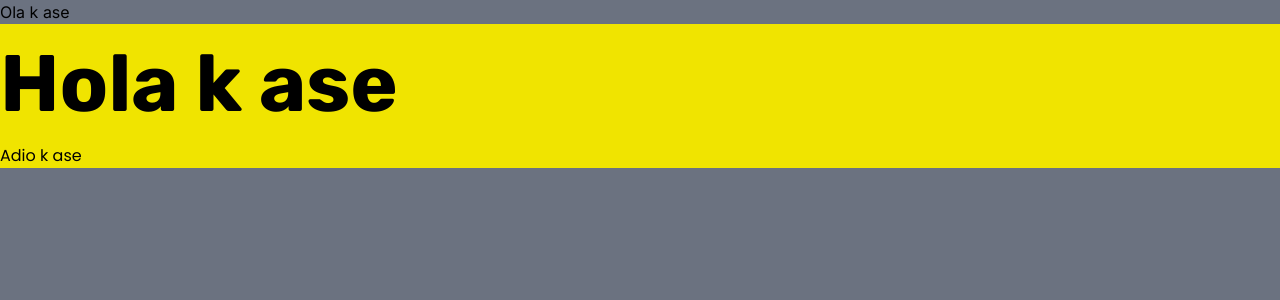
Repository: aldovelacasas/PF_RentCar2
Page: /homePage
An editor plug-in stored every save of this project. The page is shown before and after the next save, followed by the edit.
The browser window is 1280 px wide. The pictures show the whole page.
The project was rebuilt for these pictures with package versions that can differ from the ones it lists, and the page was loaded fresh each time. The framework's server and built-in components were replaced by stand-ins that run in the browser. Also part of the build but not shown: next.config.js.

Above is the page before, as saved 2023-08-29 18:46:10.

### src/app/layout.jsx
import "./globals.css";
import { Inter } from "next/font/google";

const inter = Inter({ subsets: ["latin"] });

export const metadata = {
  title: "Create Next App",
  description: "Generated by create next app",
};

export default function RootLayout({ children }) {
  return (
    <html lang="en">
      <body className={inter.className}>
        <h1>Ola k ase</h1>
        <div className="h-[calc(100vh-5rem)]">{children}</div>
      </body>
    </html>
  );
}

### src/app/homePage/page.jsx
import { Rubik, Poppins } from "next/font/google";

const rubik = Rubik({
  weight: "700",
  subsets: ["latin"],
});

const poppins = Poppins({
  weight: "400",
  subsets: ["latin"],
});

function HomePage() {
  return (
    <div className={`bg-amarillo_status ${rubik.className}`}>
      <h1 className="text-[5em]">Hola k ase</h1>
      <div>
        <p className={`${poppins.className}`}>Adio k ase</p>
      </div>
    </div>
  );
}

export default HomePage;

### src/app/api/products/[id]/route.js
import { NextResponse } from "next/server";
import {conn} from "@/libs/mysql"

export async function GET(request,{params}){
  try {
    const result = await conn.query("SELECT * FROM product WHERE id = ?", [params.id])
    if(result.length === 0 ){
        return NextResponse.json(
         {
            message: "producto no encontrado",
         },
         {
            status:404,
         }
        );
    }
    return NextResponse.json(result[0])
  } catch (error) {
    return NextResponse.json(
        {
            message:error.message,
        },
        {status: 500}
    )
  }
}

export async function DELETE (request,{params} ){
    try {
     const result = await conn.query("DELETE FROM product WHERE id = ?", [params.id]);
     if(result.affectedRows === 0){
         return NextResponse.json({message:"Producto no encontrado"},{status:404})
     }

     return new Response (null, {status: 204})
 } catch (error) {
     return NextResponse.json({message:error.message},{status:500})
 }
    }

export async  function PUT(request, {params}){
   try {
    const data = await request.json()
    const result = await conn.query("UPDATE product SET ? WHERE id = ?", [data , params.id])

    if (result.affectedRows === 0) {
        return NextResponse.json(
        {
            message: "producto no encontrado",
        },
        {
            status: 400,
        }
        )
    }
     const updateProduct = await conn.query("SELECT * FROM product WHERE id = ?", [params.id])

  return NextResponse.json(updateProduct[0])

   } catch (error) {
    return NextResponse.json(
        {
            message: error.message,
        },
        { status: 500}
    )
   }
}

### src/app/api/products/route.js
import { NextResponse } from "next/server";
import {conn} from "@/libs/mysql";

export async function GET(){
    try {
        const results = await conn.query("SELECT * FROM product");
        return NextResponse.json(results)

    } catch (error) {
        return NextResponse.json(
        {
          message: error.message,
        },
        {
            status:500,
        }

        );
    }
}

    export async function POST (request) {
  try {
    const {name, price, year, model, capacity, type, description, image, transmission,  }= await request.json();

    const result  = await conn.query("INSERT INTO product SET ?", {
        name,
        price,
        year,
        model,
        capacity,
        type,
        transmission,
        image,
        description

    })

    return NextResponse.json({
        name,
        price,
        year,
        model,
        capacity,
        type,
        transmission,
        image,
        description,
        id: result.insertId,

    })

  } catch (error) {
    console.log(error);
    return NextResponse.json(
    {
        message: error.message,
    },
    {
        status:500,
    }
    );
  }

}

### src/app/globals.css
@tailwind base;
@tailwind components;
@tailwind utilities;

body {
   @apply bg-gray-500; /* Fondo más claro */
   color: gray-800; /* Texto oscuro */
}

### tailwind.config.js
/** @type {import('tailwindcss').Config} */
module.exports = {
  content: [
    "./src/pages/**/*.{js,ts,jsx,tsx,mdx}",
    "./src/components/**/*.{js,ts,jsx,tsx,mdx}",
    "./src/app/**/*.{js,ts,jsx,tsx,mdx}",
  ],
  theme: {
    extend: {
      backgroundImage: {
        "gradient-radial": "radial-gradient(var(--tw-gradient-stops))",
        "gradient-conic":
          "conic-gradient(from 180deg at 50% 50%, var(--tw-gradient-stops))",
      },
      colors: {
        gris_fondo: "#dbdbdb",
        gris_frente: "#e9e9e9",
        negro_fondo: "#282828",
        naranja_enf: "#ea4f39",
        rojo_status: "#e30613",
        verde_status: "#4aaf4d",
        amarillo_status: "#f0e400",
      },
    },
  },
  plugins: [],
};

Loaded but not shown: src/app/api/bookings/[id]/route.js (no copy from this time; the picture is the same without it); src/app/api/bookings/route.js (no copy from this time; the picture is the same without it); src/app/api/create-payment-intent/route.js (no copy from this time; the picture is the same without it); src/app/api/post/[id]/route.js (no copy from this time; the picture is the same without it); src/app/api/post/route.js (no copy from this time; the picture is the same without it); src/app/api/users/[id]/route.js (no copy from this time; the picture is the same without it); src/app/api/users/route.js (no copy from this time; the picture is the same without it)

After the next save:
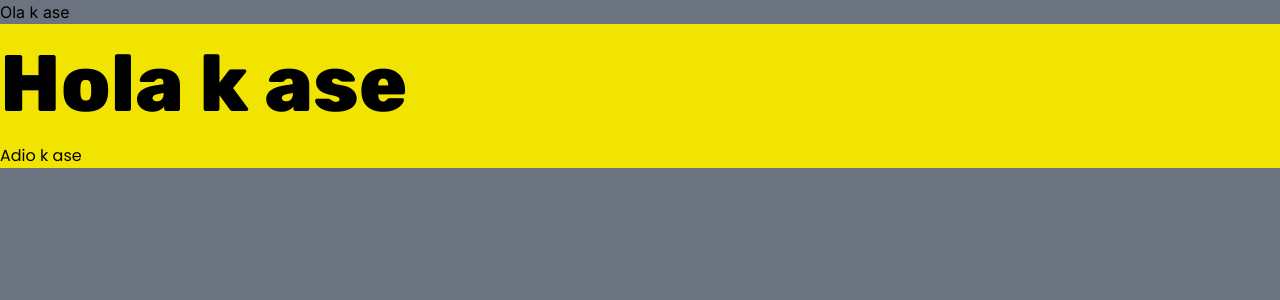
Saved 58 s later.
--- a/src/app/homePage/page.jsx
+++ b/src/app/homePage/page.jsx
@@ -1,7 +1,7 @@
 import { Rubik, Poppins } from "next/font/google";
 
 const rubik = Rubik({
-  weight: "700",
+  weight: "800",
   subsets: ["latin"],
 });
 
